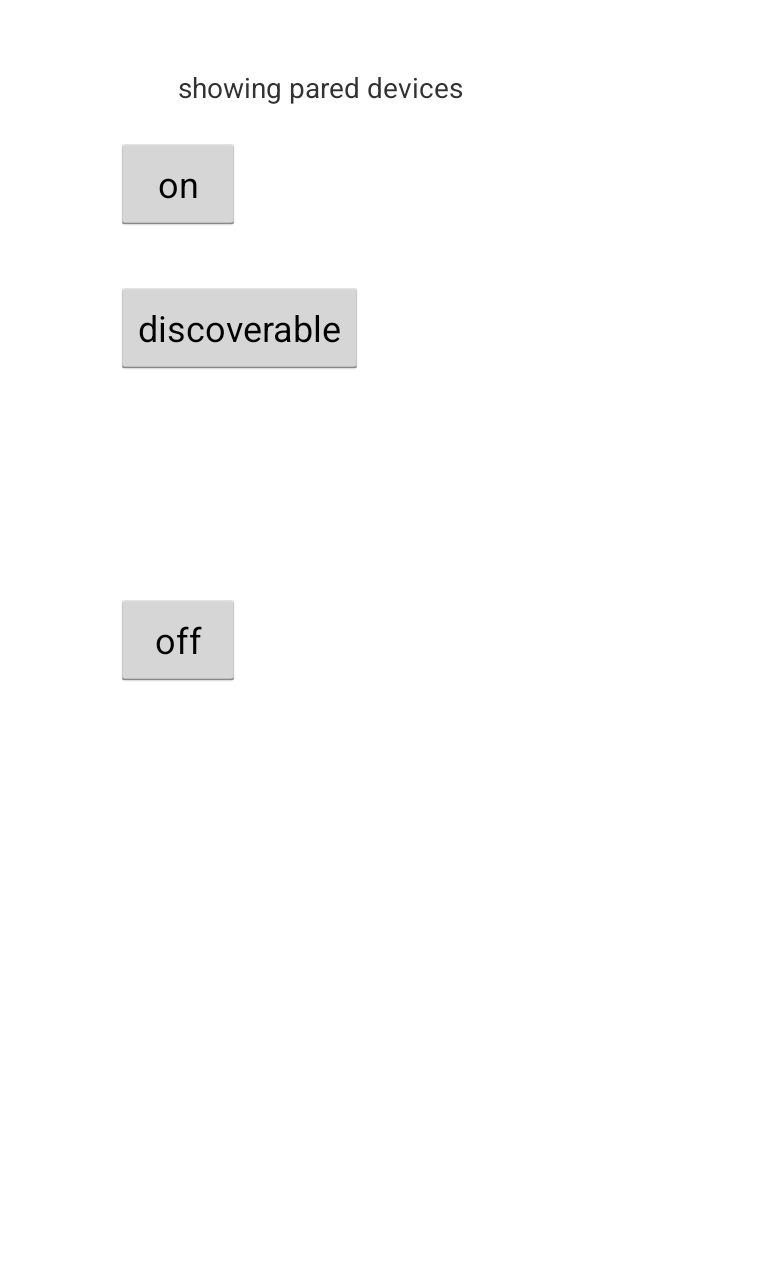
Repository: arjuntheprogrammer/iact
Layout: iact/iact android practice/mywork/Bluetooth/res/layout/activity_main.xml
These files come from the project's save history. The layout is drawn as it stood at one moment and after a run of saves; the edit follows.
It is drawn on a 768 x 1280 px phone screen (xhdpi) without system bars, with theme AppTheme; the app's code is not run.

Above is the layout before, as saved 2016-01-02 19:54:51.

After the next 2 saves:
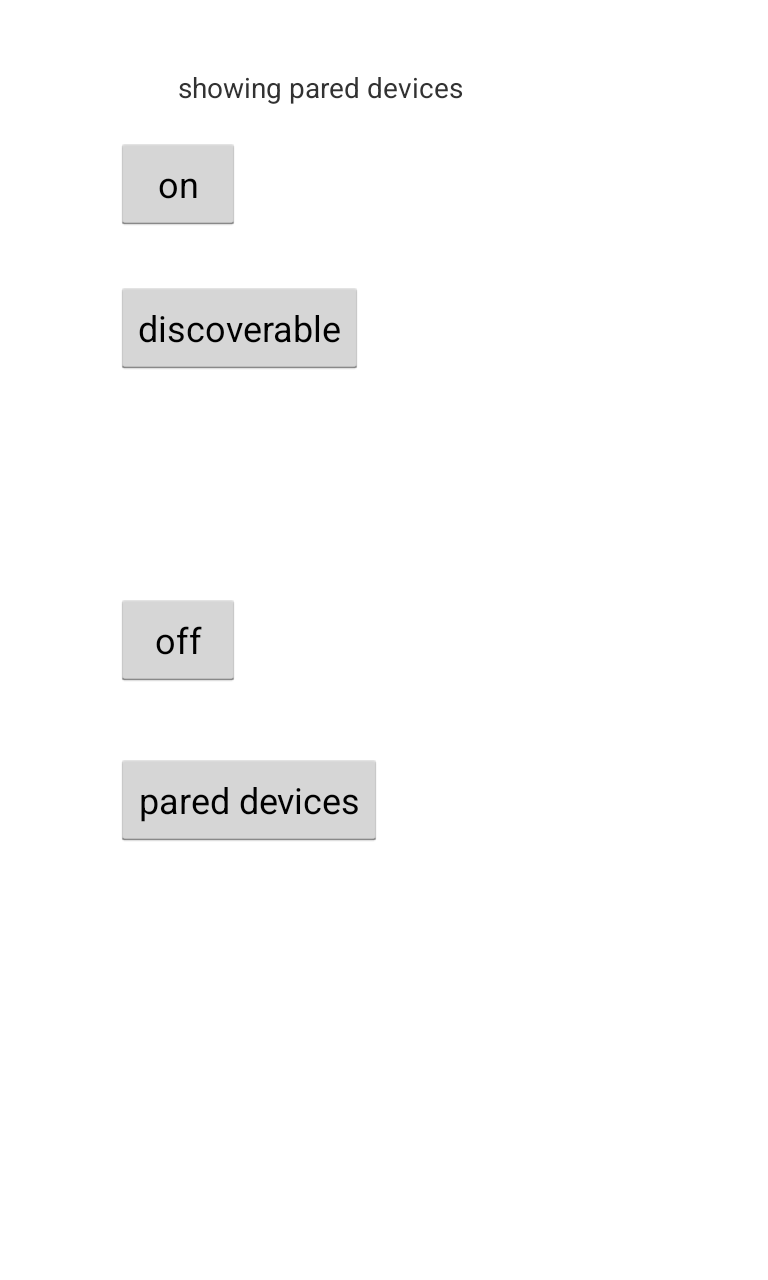
The 2 saves are shown as one change because they came seconds apart.
The last was saved 56 s later.
--- a/iact/iact android practice/mywork/Bluetooth/res/layout/activity_main.xml
+++ b/iact/iact android practice/mywork/Bluetooth/res/layout/activity_main.xml
@@ -43,4 +43,13 @@
         android:layout_marginTop="18dp"
         android:text="showing pared devices" />
 
+    <Button
+        android:id="@+id/button4"
+        android:layout_width="wrap_content"
+        android:layout_height="wrap_content"
+        android:layout_alignLeft="@+id/button3"
+        android:layout_below="@+id/button3"
+        android:layout_marginTop="32dp"
+        android:text="pared devices" />
+
 </RelativeLayout>
